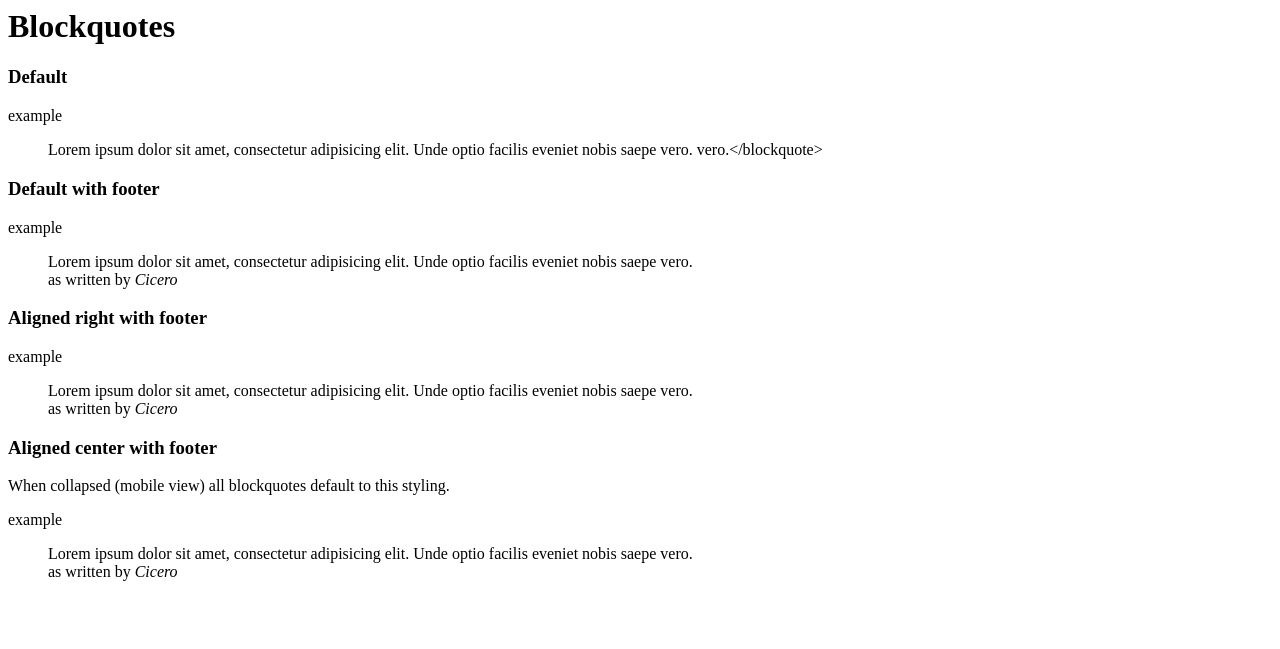
Repository: sympolinc/silk
Page: http://localhost/views/blockquote.php
The author's editor kept a record of every edit. The page is drawn from the files as they stood at one moment, then again after the next edit.
The browser window is 1280 px wide. The pictures show the whole page.
The page is run by PHP 8.4 with error messages shown; the project is at /var/www/html/.

Above is the page before.

### views/blockquote.php
<div class="section">
    <h1>Blockquotes</h1>
    <div class="section">
        <h3>Default</h3>
        <div class="silk-example">
            <span class="lang">example</span>
            <div data-example>
                <blockquote>Lorem ipsum dolor sit amet, consectetur adipisicing elit. Unde optio facilis
                    eveniet nobis saepe vero. vero.&lt;/blockquote></blockquote>
            </div>
        </div>
    </div>
    <div class="section">
        <h3>Default with footer</h3>
        <div class="silk-example">
            <span class="lang">example</span>
            <div data-example>
                <blockquote>Lorem ipsum dolor sit amet, consectetur adipisicing elit. Unde optio facilis
                    eveniet nobis saepe vero.
                    <footer>as written by
                        <cite title="Cicero">Cicero</cite>
                    </footer>
                </blockquote>
            </div>
        </div>
    </div>
    <div class="section">
        <h3>Aligned right with footer</h3>
        <div class="silk-example">
            <span class="lang">example</span>
            <div data-example>
                <blockquote class="blockquote-right">Lorem ipsum dolor sit amet, consectetur adipisicing elit. Unde optio facilis
                    eveniet nobis saepe vero.
                    <footer>as written by
                        <cite title="Cicero">Cicero</cite>
                    </footer>
                </blockquote>
            </div>
        </div>
    </div>
    <div class="section">
        <h3>Aligned center with footer</h3>
        <p>When collapsed (mobile view) all blockquotes default to this styling.</p>
        <div
        class="silk-example">
            <span class="lang">example</span>
            <div data-example>
                <blockquote class="blockquote-center">Lorem ipsum dolor sit amet, consectetur adipisicing elit. Unde optio facilis
                    eveniet nobis saepe vero.
                    <footer>as written by
                        <cite title="Cicero">Cicero</cite>
                    </footer>
                </blockquote>
            </div>
    </div>
</div>
</div>

After the next edit:
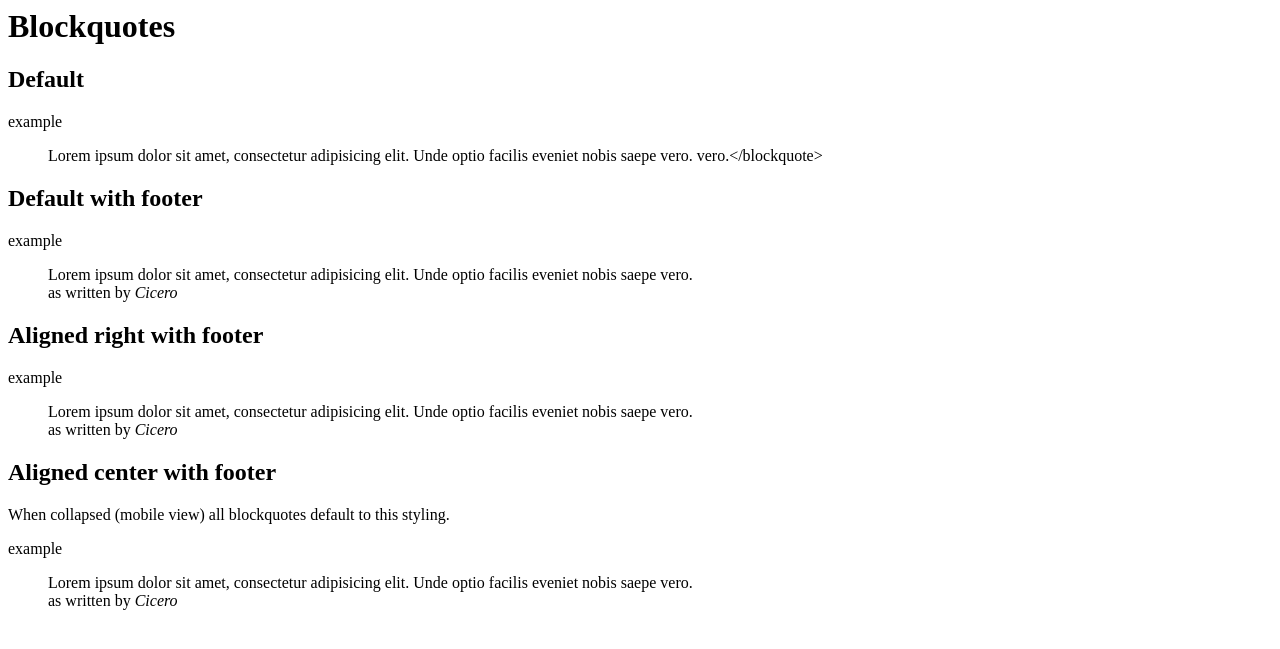
The edit:
--- a/views/blockquote.php
+++ b/views/blockquote.php
@@ -1,7 +1,7 @@
 <div class="section">
     <h1>Blockquotes</h1>
     <div class="section">
-        <h3>Default</h3>
+        <h2>Default</h2>
         <div class="silk-example">
             <span class="lang">example</span>
             <div data-example>
@@ -11,7 +11,7 @@
         </div>
     </div>
     <div class="section">
-        <h3>Default with footer</h3>
+        <h2>Default with footer</h2>
         <div class="silk-example">
             <span class="lang">example</span>
             <div data-example>
@@ -25,7 +25,7 @@
         </div>
     </div>
     <div class="section">
-        <h3>Aligned right with footer</h3>
+        <h2>Aligned right with footer</h2>
         <div class="silk-example">
             <span class="lang">example</span>
             <div data-example>
@@ -39,7 +39,7 @@
         </div>
     </div>
     <div class="section">
-        <h3>Aligned center with footer</h3>
+        <h2>Aligned center with footer</h2>
         <p>When collapsed (mobile view) all blockquotes default to this styling.</p>
         <div
         class="silk-example">
